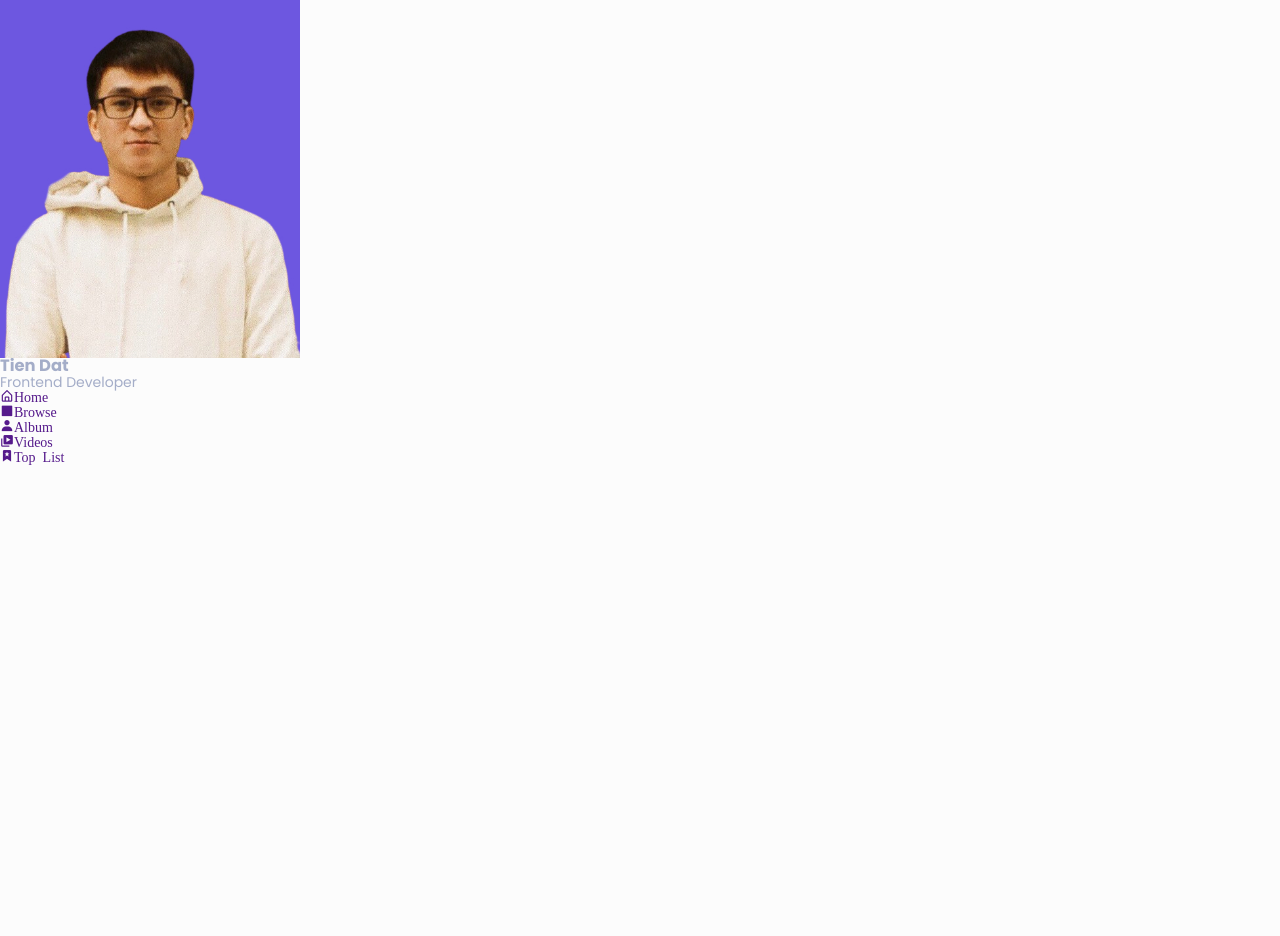
Repository: Datt21/music-webapp
Page: index.html
These files come from the project's save history. The page is drawn as it stood at one moment and after the next save; the edit follows.
The browser window is 1280 px wide. The pictures show the whole page.
The style sheet was rebuilt from its Sass, Less or Tailwind sources for each picture, by a compiler version that may differ from the author's.

Above is the page before, as saved 2021-09-05 04:34:13.

After the next save:
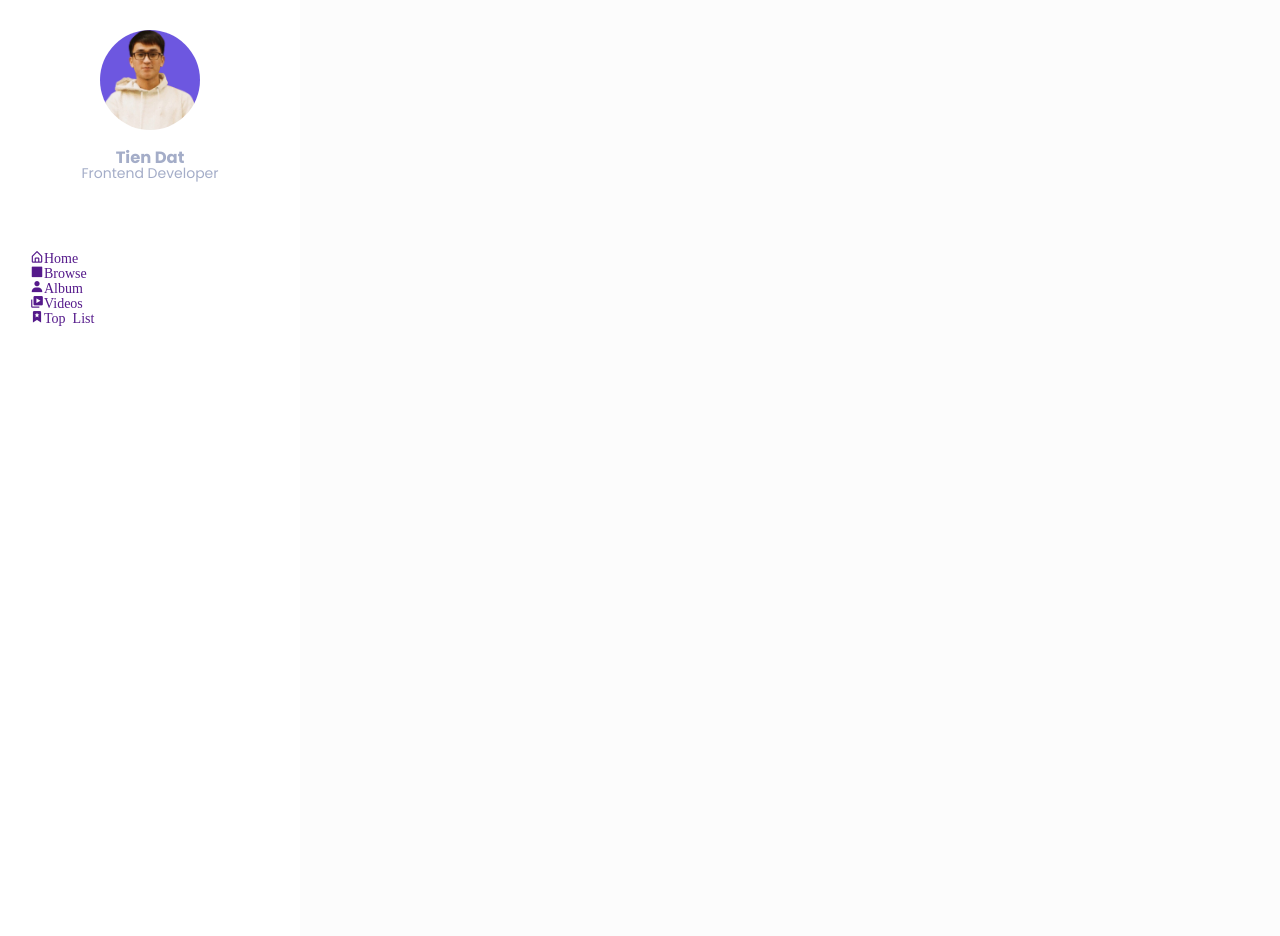
Saved 3 min 57 s later.
--- a/app.scss
+++ b/app.scss
@@ -66,3 +66,21 @@
     background-color: #fcfcfc;
     min-height: 130vh;
 }
+
+.sidebar {
+    padding: 30px;
+    background-color: white;
+}
+
+.profile {
+    text-align: center;
+    margin-bottom: 70px;
+    &-avatar {
+        width: 100px;
+        height: 100px;
+        border-radius: 100rem;
+        object-fit: cover;
+        margin: 0 auto 20px;
+        box-shadow: rgba(100, 100, 111, 0.2);
+    }
+}
